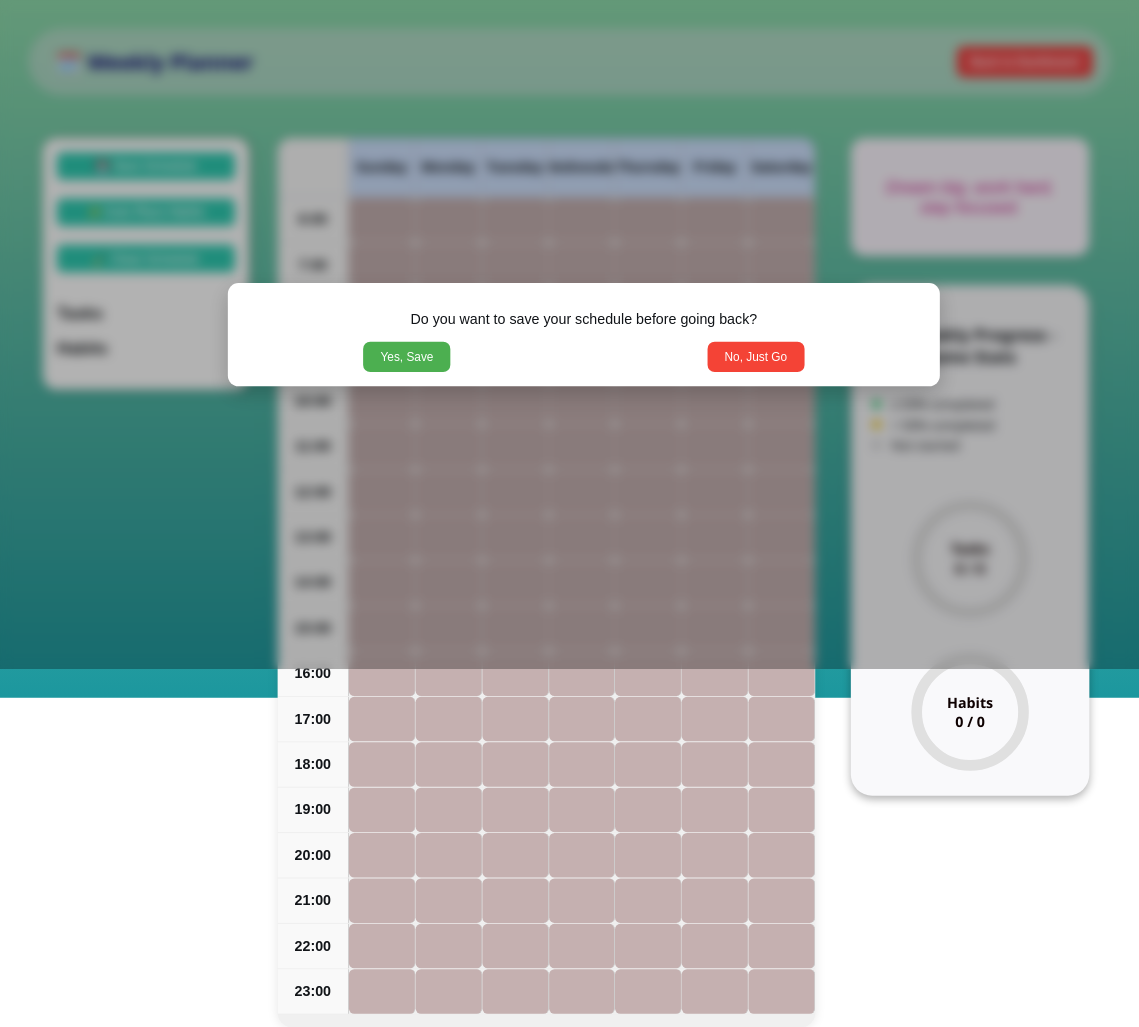
Repository: RachelB9913/smart-task-and-habit-tracker
Page: /schedule, after clicking the first element matching `button.logout-button`
The author's editor kept a copy of each file at every save. The page is drawn from the files as they stood at one save, then again after the next save.
The browser window is 1280 px wide. The pictures show the whole page, at 89% of full size.
The project was rebuilt for these pictures with package versions that can differ from the ones it lists, and the page was loaded fresh each time. Also part of the build but not shown: src/components/PageWrapper.js, src/components/welcome.js, src/services/api.js, src/components/Login.js, src/components/Register.js, src/components/DashBoard.js.

Above is the page before, as saved 2025-06-29 20:56:04.

After the next save:
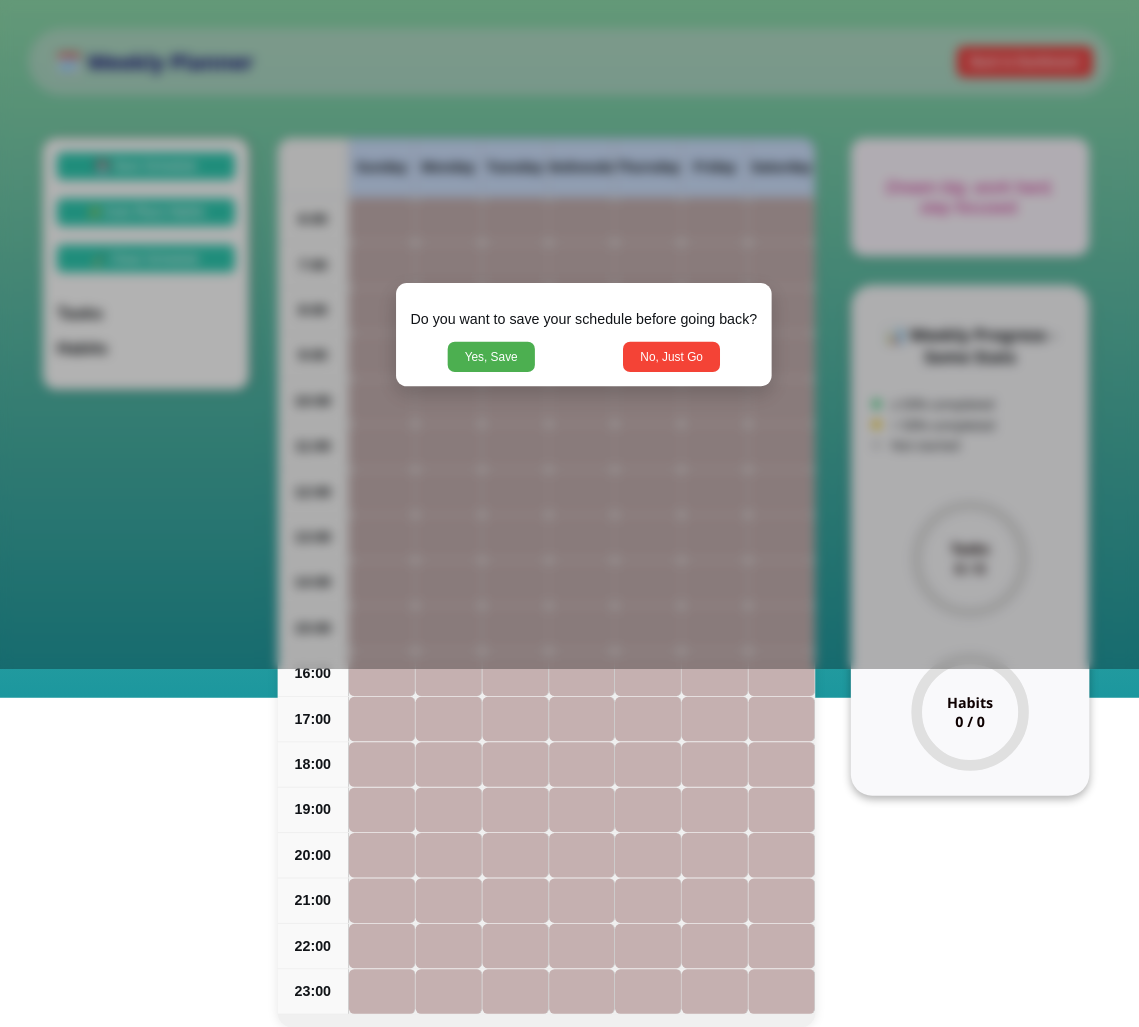
Saved 8 s later.
--- a/src/components/SchedulePlanner.css
+++ b/src/components/SchedulePlanner.css
@@ -252,7 +252,7 @@
   text-align: center;
   min-width: 200px;
   animation: fadeIn 0.3s ease;
-  min-width: 60vw;
+  min-width: 25vw;
   max-width: 95vw;
   padding: 1rem;
 }
